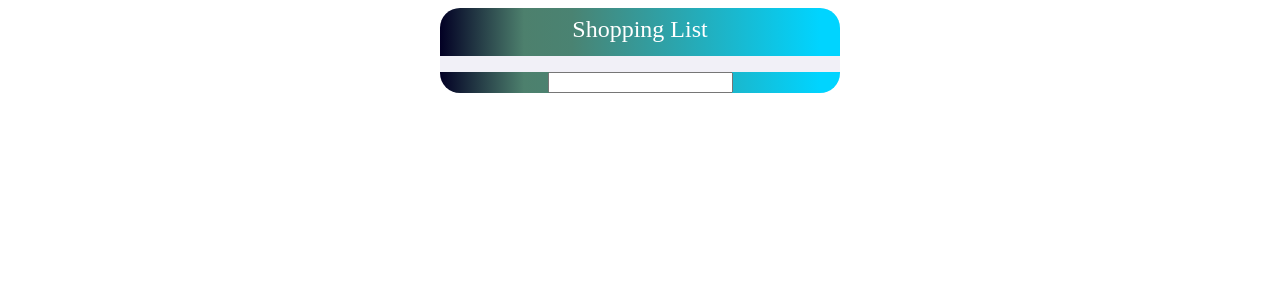
Repository: woojinShim/Browser-Study
Page: shopping/index.html
The author's editor kept a copy of each file at every save. The page is drawn from the files as they stood at one save, then again after the next save.
The browser window is 1280 px wide. The pictures show the whole page.

Above is the page before, as saved 2022-02-06 21:00:14.

### shopping/index.html
<!DOCTYPE html>
<html lang="en">
<head>
    <meta charset="UTF-8">
    <meta http-equiv="X-UA-Compatible" content="IE=edge">
    <meta name="viewport" content="width=device-width, initial-scale=1.0">
    <title>Document</title>
    <script src="main.js" defer></script>
    <link rel="stylesheet" href="style.css">
    <script src="https://use.fontawesome.com/releases/v5.15.4/js/all.js" data-auto-replace-svg="nest"></script>
</head>
<body>
    <section class="list">
        <header class="header">Shopping List</header>
        <ul class="items"></ul>
        <footer class="footer">
            <input type="text" class="footer__input">
        </footer>
    </section>
</body>
</html>

### shopping/style.css
* {
  box-sizing: border-box;
}

ul {
  padding: 0;
}

body {
  background-color: ced3df;
  text-align: center;
}

.list {
  width: 400px;
  margin: auto;
  background-color: #f1f0f7;
  border-radius: 20px;
}

.header {
  height: 48px;
  padding: 8px;
  font-size: 24px;
  background: rgb(2, 0, 36);
  background: linear-gradient(
    90deg,
    rgba(2, 0, 36, 1) 0%,
    rgba(77, 128, 109, 1) 21%,
    rgba(74, 131, 114, 1) 33%,
    rgba(0, 212, 255, 1) 95%
  );
  border-radius: 20px 20px 0 0;
  color: white;
}

items {
  height: 500px;
  overflow-y: auto;
}

.footer {
  background: rgb(2, 0, 36);
  background: linear-gradient(
    90deg,
    rgba(2, 0, 36, 1) 0%,
    rgba(77, 128, 109, 1) 21%,
    rgba(74, 131, 114, 1) 33%,
    rgba(0, 212, 255, 1) 95%
  );
  border-radius: 0 0 20px 20px;
}

Loaded but not shown: shopping/main.js (no stored copy; drawn as an empty file)

After the next save:
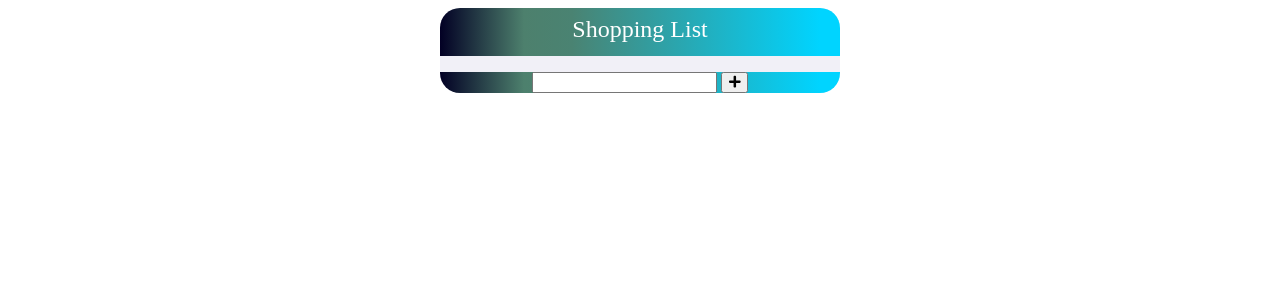
Saved 2 min 24 s later.
--- a/shopping/index.html
+++ b/shopping/index.html
@@ -15,6 +15,7 @@
         <ul class="items"></ul>
         <footer class="footer">
             <input type="text" class="footer__input">
+            <button class="footer__button"><i class="fas fa-plus"></i></button>
         </footer>
     </section>
 </body>
